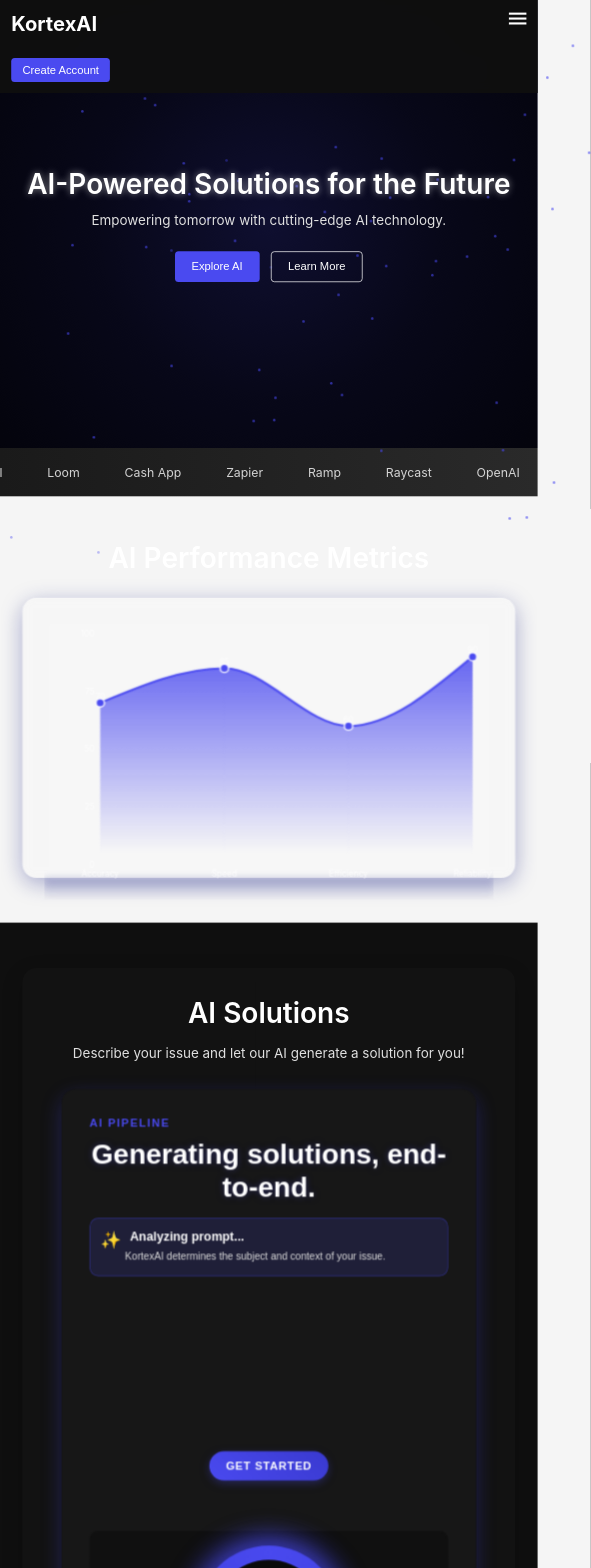
Repository: Rayyy-dev/Kortex-AI
Page: /
An editor plug-in stored every save of this project. The page is shown before and after the next save, followed by the edit.
The browser window is 768 px wide. The page is 844 px wide, so the pictures cover 844 px, including what lies to the right of the window. The pictures show the part of the page from y = 0 to 2240 px (the page is 4179 px tall before and 4079 px after), at 70% of full size.
The project was rebuilt for these pictures with package versions that can differ from the ones it lists, and the page was loaded fresh each time.

Above is the page before, as saved 2024-10-15 20:31:43.

After the next save:
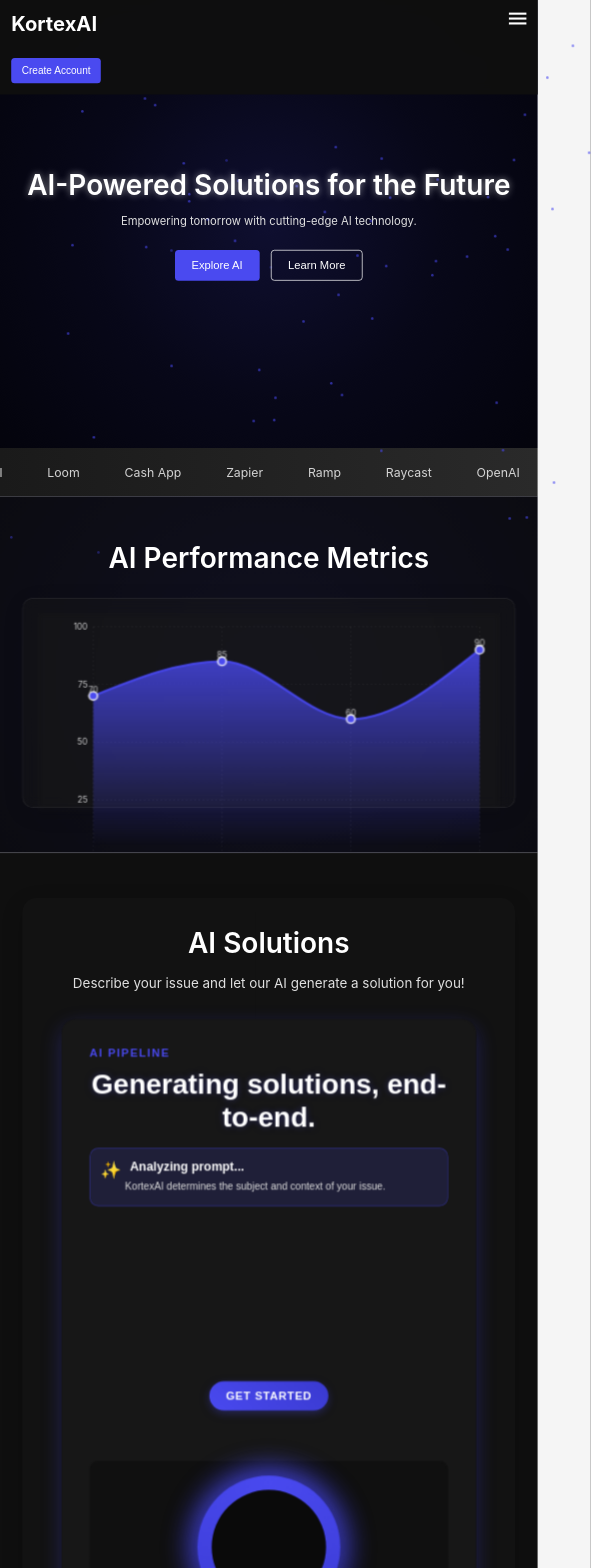
Saved 14 s later.
--- a/src/App.css
+++ b/src/App.css
@@ -404,6 +404,77 @@
   box-shadow: 0 0 30px rgba(74, 74, 240, 0.2);
 }
 
+/* Recharts Customization */
+.recharts-cartesian-grid-horizontal line,
+.recharts-cartesian-grid-vertical line {
+  stroke: #2a2a2a;
+}
+
+.recharts-text {
+  fill: #ffffff;
+  font-size: 0.9rem;
+}
+
+.recharts-line {
+  filter: drop-shadow(0 0 8px rgba(74, 74, 240, 0.6));
+}
+
+.recharts-tooltip-wrapper {
+  filter: drop-shadow(0 0 10px rgba(74, 74, 240, 0.8));
+}
+
+.custom-tooltip {
+  background-color: rgba(26, 26, 26, 0.9);
+  border: 1px solid #4a4af0;
+  padding: 10px;
+  border-radius: 5px;
+  box-shadow: 0 0 15px rgba(74, 74, 240, 0.4);
+}
+
+.custom-tooltip .label {
+  color: #ffffff;
+  font-size: 0.9rem;
+  margin: 0;
+}
+
+/* Media Queries */
+@media (max-width: 768px) {
+  .header {
+    padding: 20px;
+  }
+
+  .nav ul {
+    gap: 10px;
+  }
+
+  .nav ul li {
+    padding: 5px 10px;
+    font-size: 0.9rem;
+  }
+
+  .create-account-btn {
+    padding: 10px 15px;
+    font-size: 0.9rem;
+  }
+
+  .main-title {
+    font-size: 2rem;
+  }
+
+  .main-subtitle {
+    font-size: 1rem;
+  }
+
+  .graph-container {
+    height: 300px;
+    padding: 10px;
+  }
+
+  .graph-title {
+    font-size: 1.5rem;
+  }
+}
+
 /* Parallax Section */
 .parallax-section {
   position: relative;
@@ -1016,9 +1087,21 @@
 
 /* Performance Metrics Section */
 .performance-metrics {
+  background-color: #0a0a0a;
   padding: 4rem 2rem;
   position: relative;
   overflow: hidden;
+}
+
+.performance-metrics::before {
+  content: '';
+  position: absolute;
+  top: -50%;
+  left: -50%;
+  right: -50%;
+  bottom: -50%;
+  background: radial-gradient(circle at center, rgba(74, 74, 240, 0.1) 0%, transparent 70%);
+  animation: pulse 10s infinite alternate;
 }
 
 .performance-metrics h2 {
@@ -1032,13 +1115,13 @@
 .graph-container {
   position: relative;
   z-index: 1;
-  background: rgba(255, 255, 255, 0.1);
-  border-radius: 20px;
-  padding: 30px;
-  box-shadow: 0 8px 32px rgba(31, 38, 135, 0.37);
-  backdrop-filter: blur(8px);
-  border: 1px solid rgba(255, 255, 255, 0.18);
+  background: rgba(26, 26, 26, 0.4);
+  border-radius: 15px;
+  padding: 20px;
+  box-shadow: 0 8px 32px rgba(0, 0, 0, 0.1);
+  backdrop-filter: blur(10px);
   animation: fadeInUp 1s ease-out;
+  border: 1px solid rgba(255, 255, 255, 0.1);
 }
 
 .recharts-wrapper {
@@ -1047,7 +1130,7 @@
 
 .recharts-cartesian-grid-horizontal line,
 .recharts-cartesian-grid-vertical line {
-  stroke: rgba(255, 255, 255, 0.2);
+  stroke: rgba(255, 255, 255, 0.1);
 }
 
 .recharts-text {
@@ -1060,49 +1143,8 @@
 }
 
 .recharts-tooltip-wrapper {
-  background-color: rgba(255, 255, 255, 0.1);
-  border: 1px solid rgba(255, 255, 255, 0.2);
-  border-radius: 10px;
-  box-shadow: 0 4px 20px rgba(0, 0, 0, 0.1);
-  backdrop-filter: blur(10px);
-}
-
-.custom-tooltip {
-  background-color: transparent;
-  padding: 10px;
-  border-radius: 5px;
-}
-
-.custom-tooltip .label {
-  color: rgba(255, 255, 255, 0.9);
-  font-size: 0.9rem;
-  margin: 0;
-}
-
-.recharts-active-dot {
-  filter: drop-shadow(0 0 5px rgba(74, 74, 240, 0.8));
-}
-
-@keyframes fadeInUp {
-  from {
-    opacity: 0;
-    transform: translateY(20px);
-  }
-  to {
-    opacity: 1;
-    transform: translateY(0);
-  }
-}
-
-@keyframes drawChart {
-  from {
-    opacity: 0;
-    transform: translateY(20px);
-  }
-  to {
-    opacity: 1;
-    transform: translateY(0);
-  }
+  background-color: rgba(26, 26, 26, 0.8);
+  border: 1px solid rgba(255, 255, 255, 0.1);
 }
 
 @import url('https://fonts.googleapis.com/css2?family=Inter:wght@300;400;600;700&display=swap');
